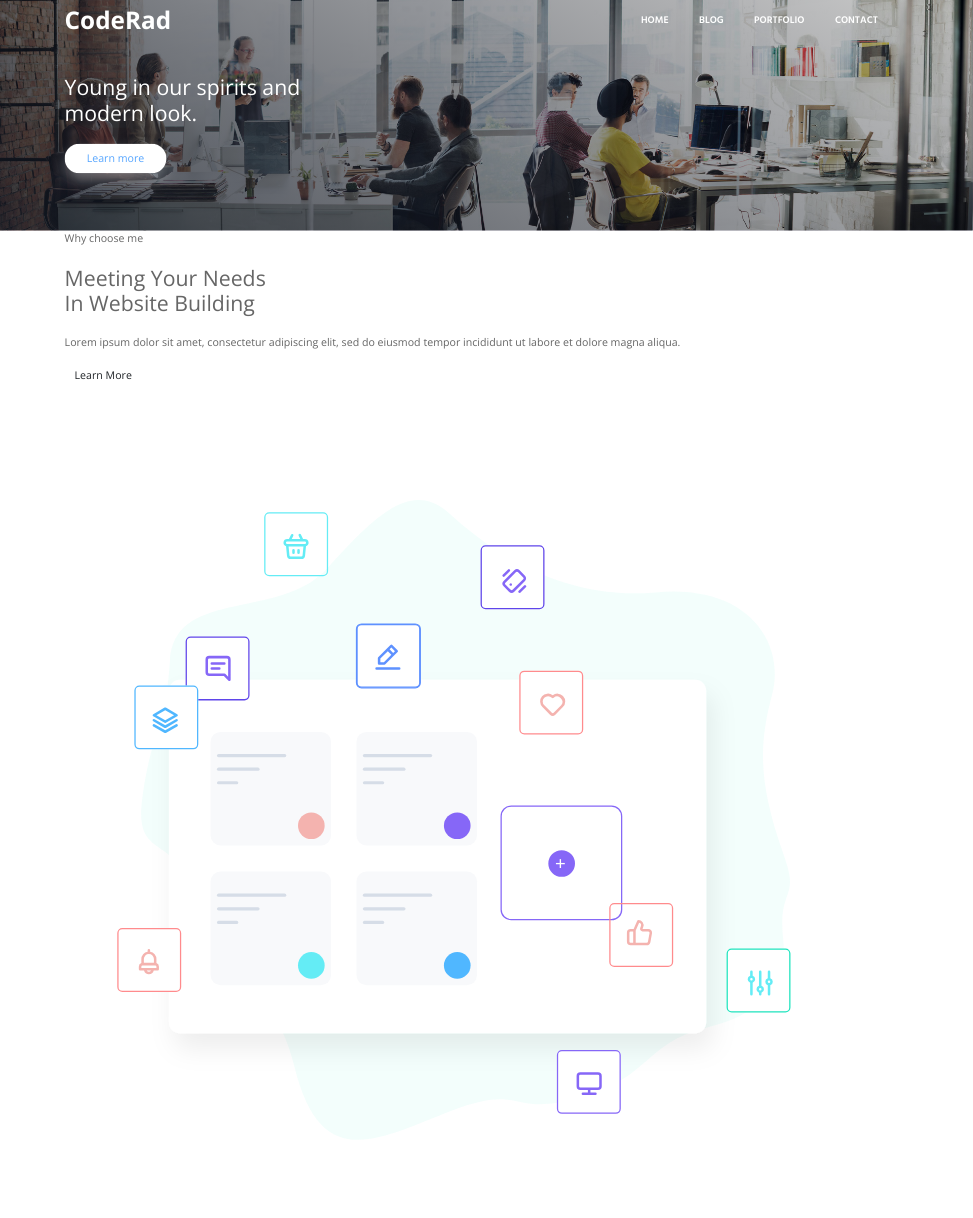
Repository: Sc-Juju/CodeRad
Page: index.html
An editor plug-in stored every save of this project. The page is shown before and after the next save, followed by the edit.
The browser window is 1280 px wide. The pictures show the whole page, at 76% of full size.

Above is the page before, as saved 2022-11-01 14:35:05.

After the next save:
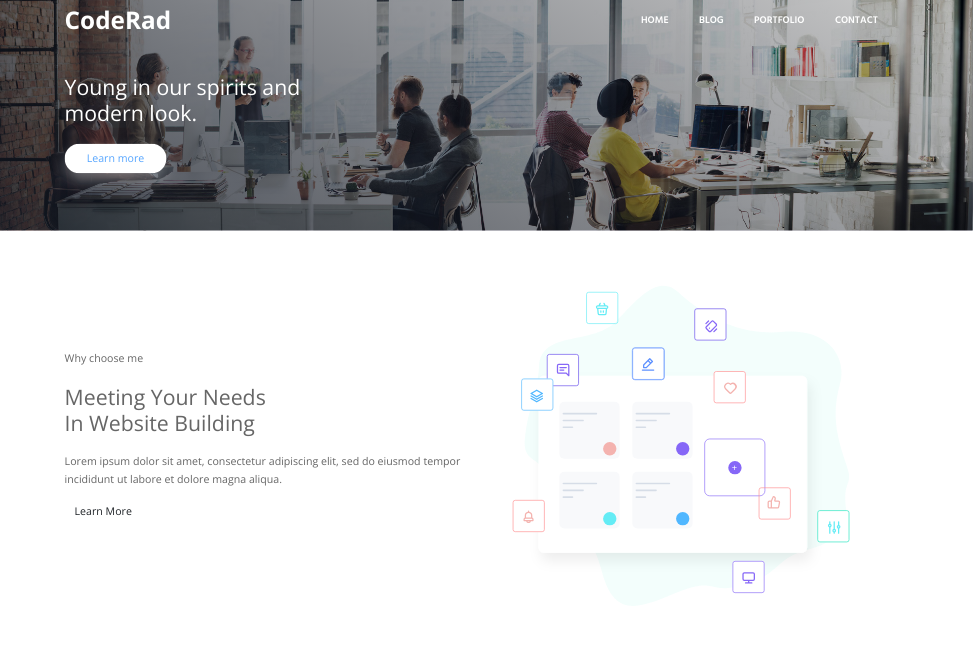
Saved 107 s later.
--- a/css/styles.css
+++ b/css/styles.css
@@ -63,5 +63,9 @@
     color: var(--white);
 }
 .why-me-wrapper{
-
+    display: flex;
+    align-items: center;
 }
+.why-me-wrapper div{
+    flex: 1;
+}
